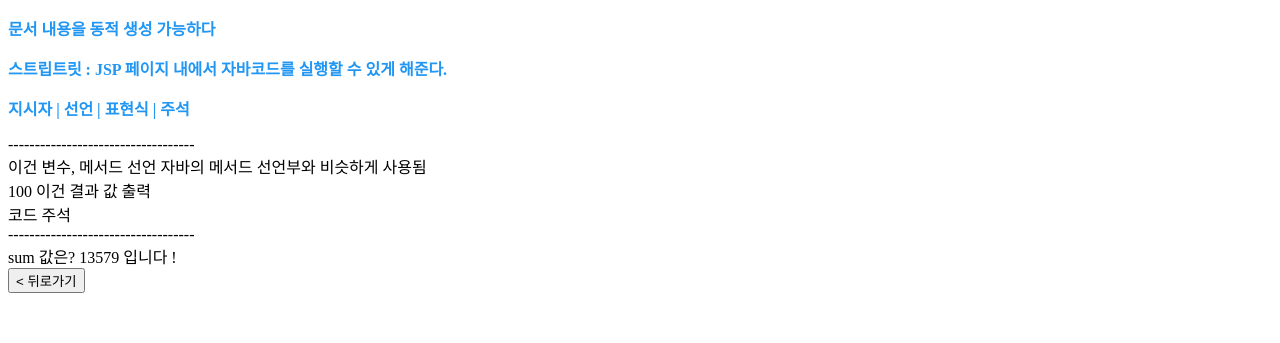
Repository: hyejux/JSP_STUDY
Page: http://localhost/JSPPractice2/JSP_ex1.jsp
An editor plug-in stored every save of this project. The page is shown before and after the next save, followed by the edit.
The browser window is 1280 px wide. The pictures show the whole page.
The page is served by Tomcat 9. Other server files are loaded and not shown.

Above is the page before, as saved 2025-01-07 14:53:04.

### JSPPractice2/src/main/webapp/JSP_ex1.jsp
<%@ page language="java" contentType="text/html; charset=UTF-8"
    pageEncoding="UTF-8"%>
<!DOCTYPE html>
<html>
<head>
<meta charset="UTF-8">
<title>스크립트립 소개</title>
<link rel="stylesheet" type="text/css" href="css/style.css"> </link>
</head>
<body>

<div class="info">
<p> 문서 내용을 동적 생성 가능하다 </p>
<p> 스트립트릿 : JSP 페이지 내에서 자바코드를 실행할 수 있게 해준다.</p>
<p> 지시자 | 선언 | 표현식 | 주석 </p>
</div>

<div>-----------------------------------  </div>

<div> <%-- <%@ %> 이건 페이지 속성 --%> </div>
<div> <%! int abc = 100; %> 이건 변수, 메서드 선언 자바의 메서드 선언부와 비슷하게 사용됨</div>
<div> <%= abc %> 이건 결과 값 출력 </div>
<div> <%-- 주석이지롱 --%> 코드 주석 </div>

 <div>-----------------------------------  </div>

<%
int a = 12345;
int b= 1234;
int sum = a + b ;
%>

<div> sum 값은? <%= sum %> 입니다 ! </div>

	<button type="button" onclick = "location.href='index.jsp'"> < 뒤로가기 </button>

</body>
</html>

### JSPPractice2/src/main/webapp/css/style.css
.info{
	color : #2196f3;
	font-weight: bold;
}

.btn1 {
	border: 1px solid #ddd;
    color: #ffffff;
    border-radius: 10px;
    padding: 5px 10px;
    background: #03A9F4;
    margin-top: 5px;
}

After the next save:
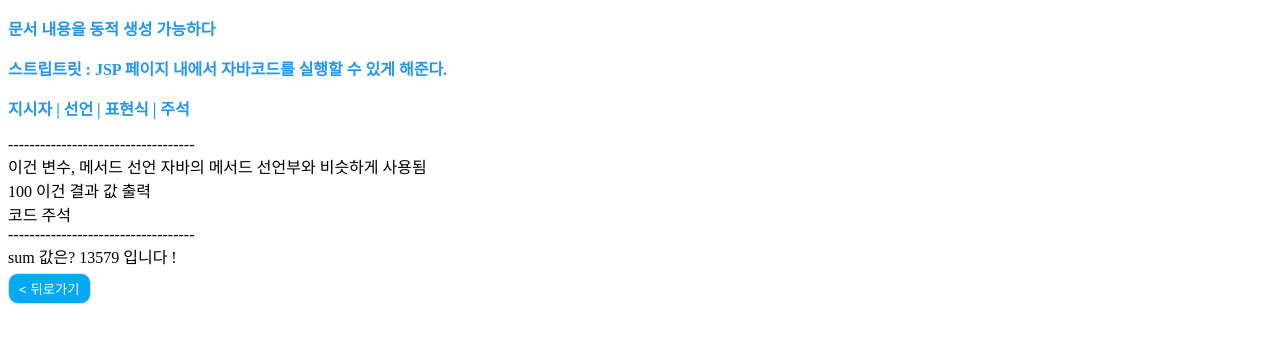
Saved 5 s later.
--- a/JSPPractice2/src/main/webapp/JSP_ex1.jsp
+++ b/JSPPractice2/src/main/webapp/JSP_ex1.jsp
@@ -32,7 +32,7 @@ int sum = a + b ;
 
 <div> sum 값은? <%= sum %> 입니다 ! </div>
 
-	<button type="button" onclick = "location.href='index.jsp'"> < 뒤로가기 </button>
+	<button type="button" class="btn1"  onclick = "location.href='index.jsp'"> < 뒤로가기 </button>
 
 </body>
 </html>
